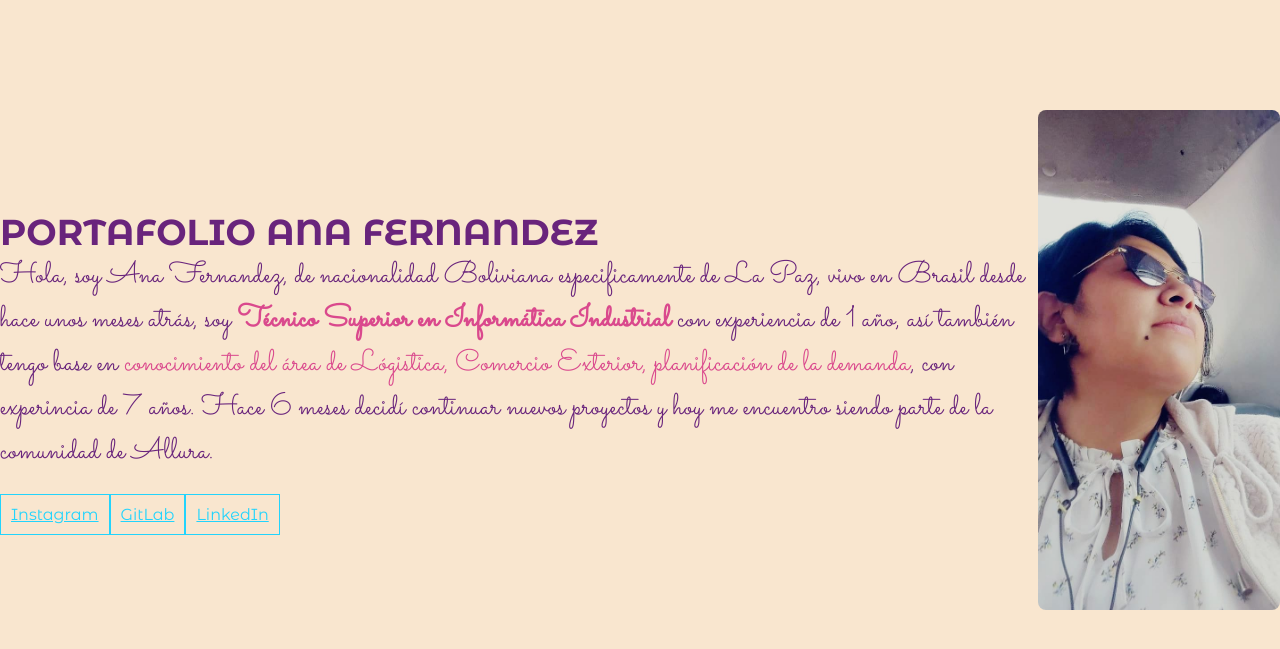
Repository: AnaFzCz/PROYECTOS-HTML---CSS2
Page: Portafolio/index.html
These files come from the project's save history. The page is drawn as it stood at one moment and after the next save; the edit follows.
The browser window is 1280 px wide. The pictures show the whole page.

Above is the page before, as saved 2025-01-25 07:16:55.

After the next save:
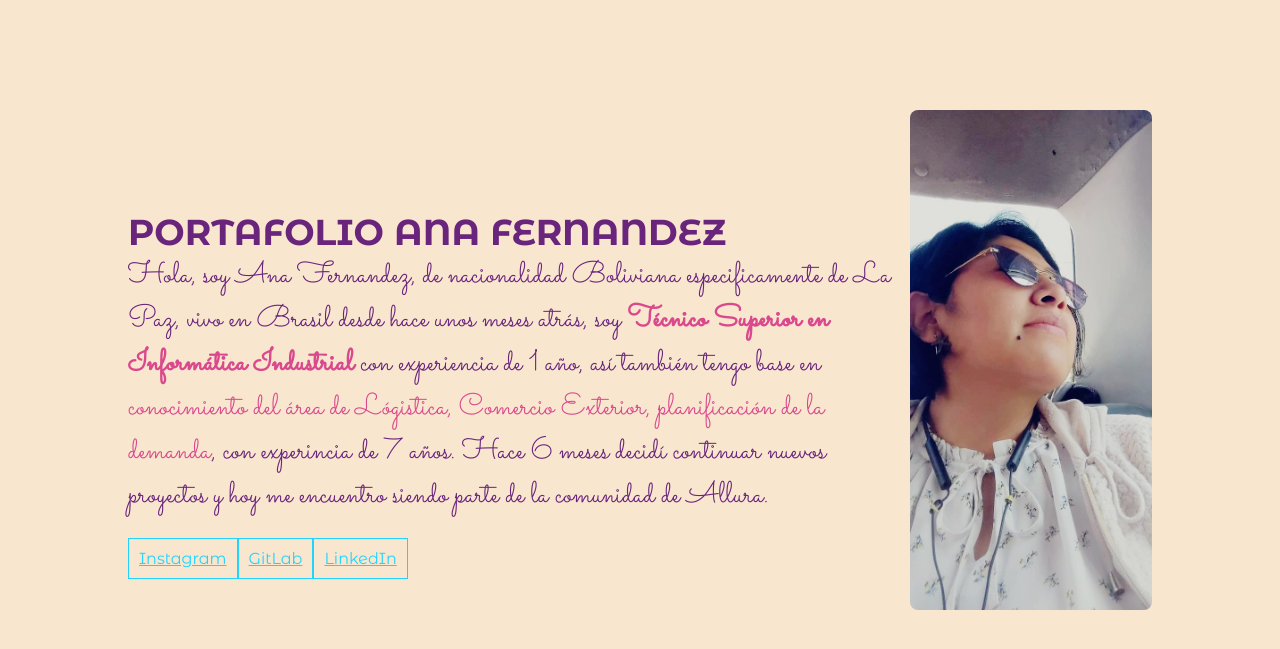
Saved 3 min 9 s later.
--- a/Portafolio/style.css
+++ b/Portafolio/style.css
@@ -30,7 +30,7 @@ body {
 
 /*contenedor de las columnas*/
 .presentacion {
-  margin: 0%;
+  margin: 10%;
   display: flex;
   align-items: center;
   justify-content: space-between;
